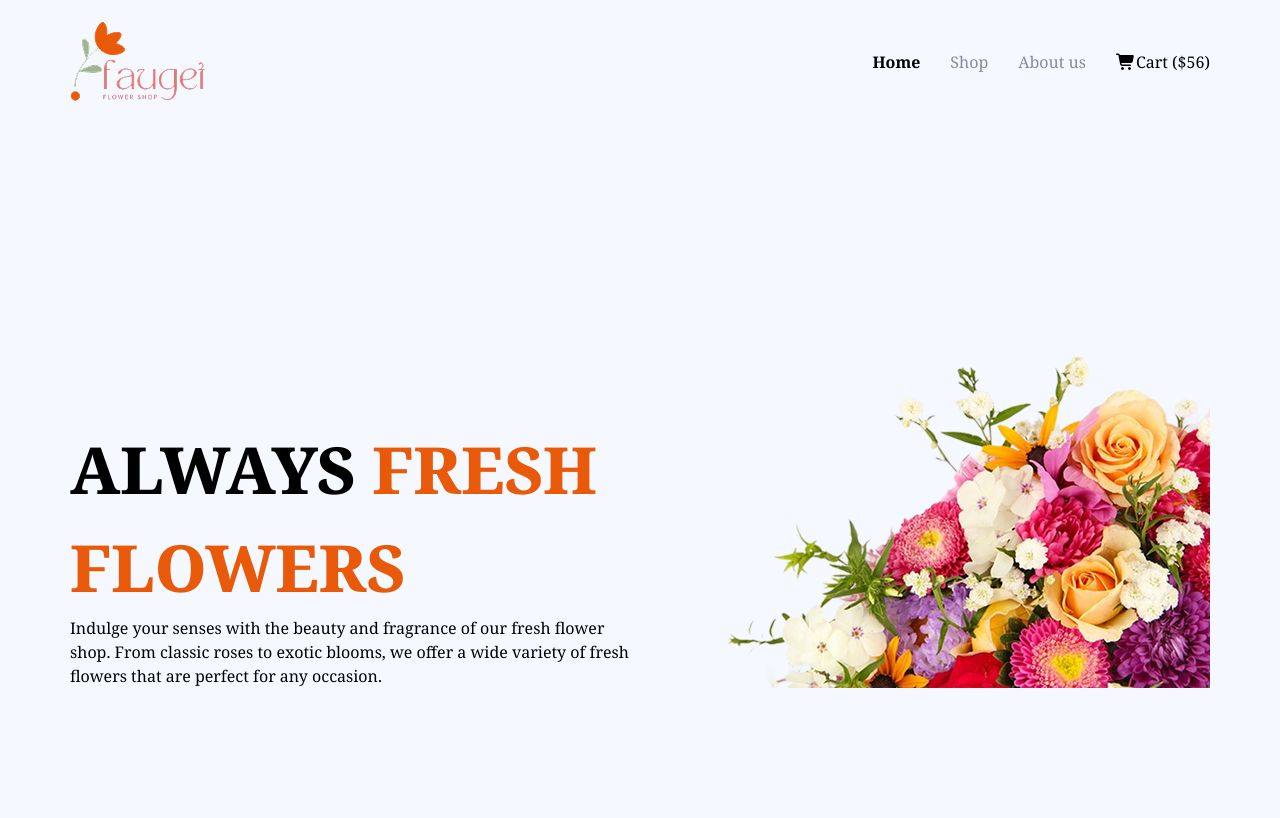
Repository: nahid-hasann/website-7
Page: index.html
An editor plug-in stored every save of this project. The page is shown before and after the next save, followed by the edit.
The browser window is 1280 px wide. The pictures show the whole page.
Some web libraries are served in a nearby version.

Above is the page before, as saved 2025-07-23 23:13:07.

After the next save:
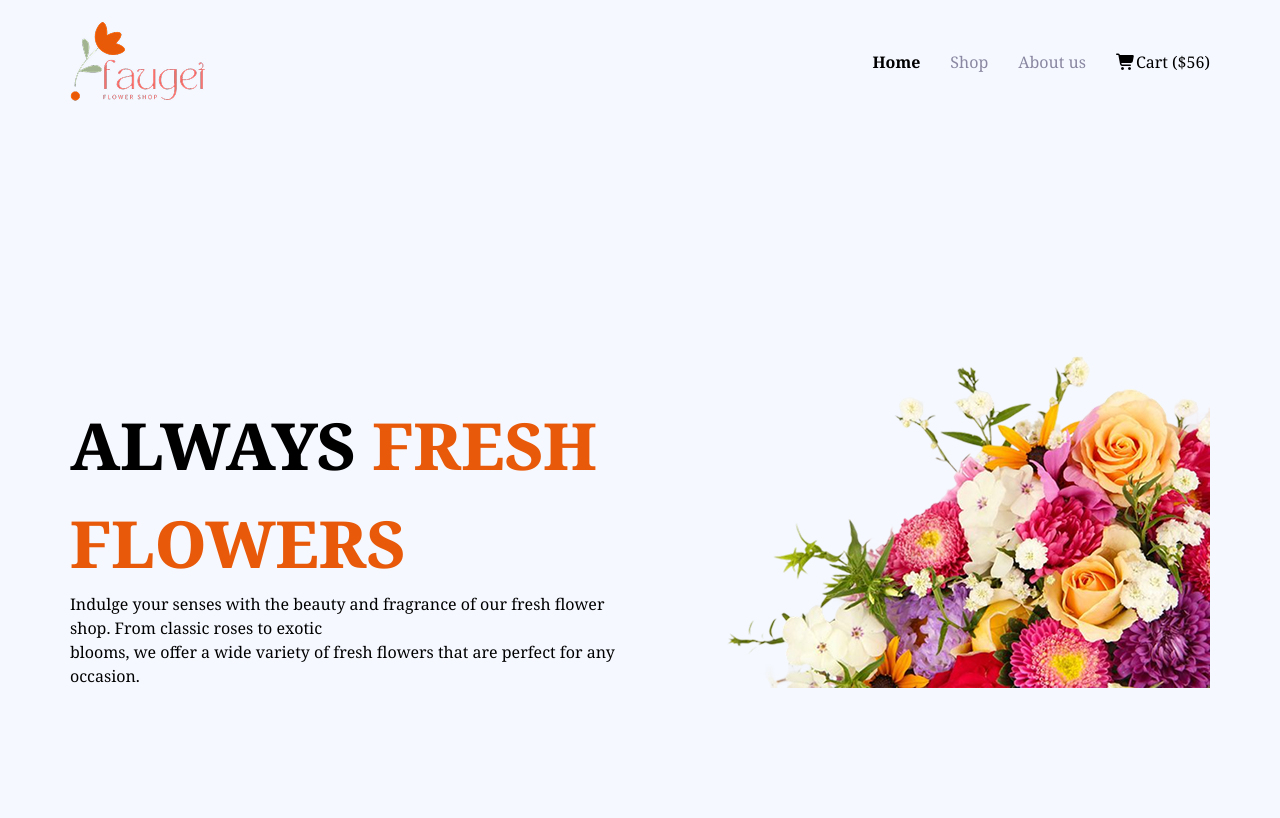
Saved 59 s later.
--- a/index.html
+++ b/index.html
@@ -36,7 +36,7 @@
             <div class="banner-section">
                 <div class="banner-description">
                     <h1>ALWAYS <span style="color: #e85a0a;">FRESH <br> FLOWERS</span></h1>
-                    <p>Indulge your senses with the beauty and fragrance of our fresh flower shop. From classic roses to exotic blooms, we offer a wide variety of fresh flowers that are perfect for any occasion. </p>
+                    <p>Indulge your senses with the beauty and fragrance of our fresh flower shop. From classic roses to exotic <br> blooms, we offer a wide variety of fresh flowers that are perfect for any occasion. </p>
                 </div>
                 <div class="banner-img">
                     <img src="assets/hero-flower.png" alt="">

After the save that followed:
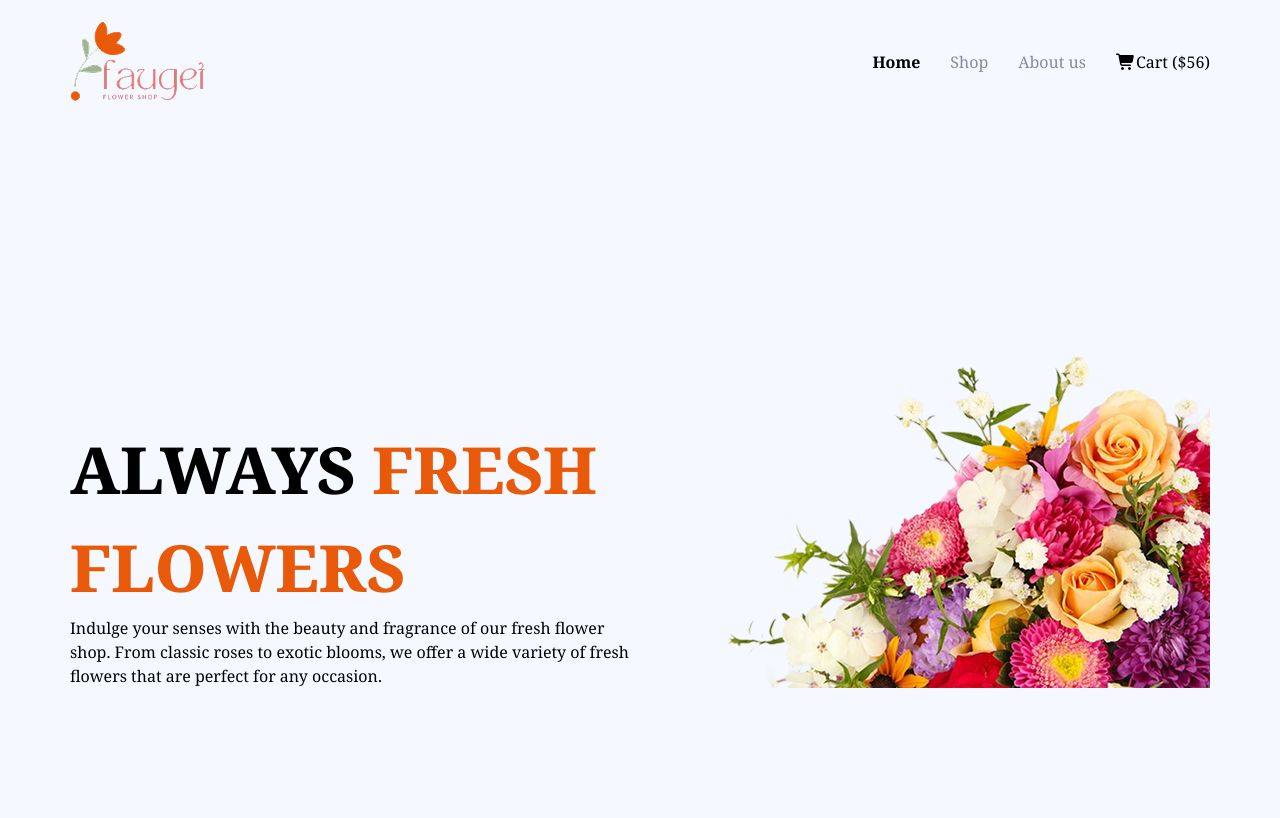
Saved 9 s later.
--- a/index.html
+++ b/index.html
@@ -36,7 +36,7 @@
             <div class="banner-section">
                 <div class="banner-description">
                     <h1>ALWAYS <span style="color: #e85a0a;">FRESH <br> FLOWERS</span></h1>
-                    <p>Indulge your senses with the beauty and fragrance of our fresh flower shop. From classic roses to exotic <br> blooms, we offer a wide variety of fresh flowers that are perfect for any occasion. </p>
+                    <p>Indulge your senses with the beauty and fragrance of our fresh flower shop. From classic roses to exotic blooms, we offer a wide variety of fresh flowers that are perfect for any occasion. </p>
                 </div>
                 <div class="banner-img">
                     <img src="assets/hero-flower.png" alt="">
